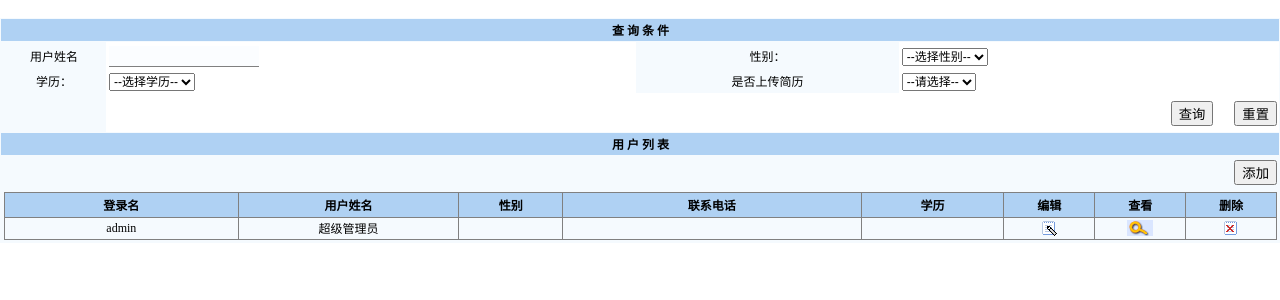
Repository: hermione-20/MyGitProjectRemote
Page: http://localhost/day28_01struts2final/user/list.jsp?userID=15
An editor plug-in stored every save of this project. The page is shown before and after the next save, followed by the edit.
The browser window is 1280 px wide. The pictures show the whole page.
The page is served by Tomcat 9. Other server files are loaded and not shown.

Above is the page before, as saved 2020-05-14 01:24:59.

### day28_01struts2final/WebContent/user/list.jsp
<%@ page language="java" pageEncoding="UTF-8"%>
<%@ taglib uri="/struts-tags" prefix="s" %>
<HTML>
	<HEAD>
		<meta http-equiv="Content-Language" content="zh-cn">
		<meta http-equiv="Content-Type" content="text/html; charset=UTF-8">
		<link href="${pageContext.request.contextPath}/css/Style.css" rel="stylesheet" type="text/css" />
		<script language="javascript" src="${pageContext.request.contextPath}/js/public.js"></script>
		<script type="text/javascript">
			function addUser(){
				window.location.href = "${pageContext.request.contextPath}/user/add.jsp";
			}
		</script>
	</HEAD>
	<body>
		<br>
		<form id="Form1" name="Form1" action="${pageContext.request.contextPath}/user/list.jsp" method="post">
			<table cellSpacing="1" cellPadding="0" width="100%" align="center" bgColor="#f5fafe" border="0">
				<TBODY>
					<tr>
						<td class="ta_01" align="center" bgColor="#afd1f3">
							<strong>查 询 条 件</strong>
						</td>
					</tr>
					<tr>
						<td>
							<table cellpadding="0" cellspacing="0" border="0" width="100%">
								<tr>
									<td height="22" align="center" bgColor="#f5fafe" class="ta_01">
										用户姓名
									</td>
									<td class="ta_01" bgColor="#ffffff">
										<input type="text" name="userName" size="15" value="" id="Form1_userName" class="bg"/>
									</td>
									<td height="22" align="center" bgColor="#f5fafe" class="ta_01">
										性别：
									</td>
									<td class="ta_01" bgColor="#ffffff">

										<select name="sex" id="sex">
										    <option value="">--选择性别--</option>
										    <option value="男">男</option>
										    <option value="女">女</option>


										</select>

									</td>
								</tr>
								<tr>
									<td height="22" align="center" bgColor="#f5fafe" class="ta_01">
										学历：
									</td>
									<td class="ta_01" bgColor="#ffffff">

										<select name="education" id="education">
										    <option value="">--选择学历--</option>
										    <option value="博士">博士</option>
										    <option value="硕士">硕士</option>
										    <option value="研究生">研究生</option>
										    <option value="本科">本科</option>
										    <option value="专科">专科</option>
										    <option value="高中">高中</option>


										</select>

									</td>
									<td height="22" align="center" bgColor="#f5fafe" class="ta_01">
										是否上传简历
									</td>
									<td class="ta_01" bgColor="#ffffff">

										<select name="isUpload" id="isUpload">
										    <option value="">--请选择--</option>
										    <option value="1">有</option>
										    <option value="2">无</option>


										</select>

									</td>
								</tr>
								<tr>
									<td width="100" height="22" align="center" bgColor="#f5fafe"
										class="ta_01">
									</td>
									<td class="ta_01" bgColor="#ffffff">
										<font face="宋体" color="red"> &nbsp;</font>
									</td>
									<td align="right" bgColor="#ffffff" class="ta_01"><br><br></td>
									<td align="right" bgColor="#ffffff" class="ta_01">
										<button type="submit" id="search" name="search" value="&#26597;&#35810;" class="button_view">
&#26597;&#35810;
</button>

										&nbsp;&nbsp;&nbsp;&nbsp;&nbsp;
										<input type="reset" name="reset" value="&#37325;&#32622;" class="button_view"/>

									</td>
								</tr>
							</table>
						</td>

					</tr>
					<tr>
						<td class="ta_01" align="center" bgColor="#afd1f3">
							<strong>用 户 列 表</strong>
						</TD>
					</tr>
					<tr>
						<td class="ta_01" align="right">
							<button type="button" id="add" name="add" value="&#28155;&#21152;" class="button_add" onclick="addUser()">
&#28155;&#21152;
</button>

						</td>
					</tr>
					<tr>
						<td class="ta_01" align="center" bgColor="#f5fafe">
							<table cellspacing="0" cellpadding="1" rules="all"
								bordercolor="gray" border="1" id="DataGrid1"
								style="BORDER-RIGHT: gray 1px solid; BORDER-TOP: gray 1px solid; BORDER-LEFT: gray 1px solid; WIDTH: 100%; WORD-BREAK: break-all; BORDER-BOTTOM: gray 1px solid; BORDER-COLLAPSE: collapse; BACKGROUND-COLOR: #f5fafe; WORD-WRAP: break-word">
								<tr
									style="FONT-WEIGHT: bold; FONT-SIZE: 12pt; HEIGHT: 25px; BACKGROUND-COLOR: #afd1f3">

									<td align="center" width="18%">登录名</td>
									<td align="center" width="17%">用户姓名</td>
									<td align="center" width="8%">性别</td>
									<td align="center" width="23%">联系电话</td>
									<td width="11%" align="center">学历</td>
									<td width="7%" align="center">编辑</td>
									<td width="7%" align="center">查看</td>
									<td width="7%" align="center">删除</td>
								</tr>

										<tr onmouseover="this.style.backgroundColor = 'white'"
											onmouseout="this.style.backgroundColor = '#F5FAFE';">
											<td style="CURSOR: hand; HEIGHT: 22px" align="center"
												width="18%">
												admin
											</td>
											<td style="CURSOR: hand; HEIGHT: 22px" align="center"
												width="17%">
												&#36229;&#32423;&#31649;&#29702;&#21592;
											</td>
											<td style="CURSOR: hand; HEIGHT: 22px" align="center"
												width="8%">

											</td>
											<td style="CURSOR: hand; HEIGHT: 22px" align="center"
												width="23%">

											</td>
											<td style="CURSOR: hand; HEIGHT: 22px" align="center">

											</td>
											<td align="center" style="HEIGHT: 22px">
												<a href="${pageContext.request.contextPath}/user/edit.jsp?userID=15">
													<img src="${pageContext.request.contextPath}/images/i_edit.gif" border="0" style="CURSOR: hand">
												</a>
											</td>
											<td align="center" style="HEIGHT: 22px">
												<a href="${pageContext.request.contextPath}/user/view.jsp?userID=15">
													<img src="${pageContext.request.contextPath}/images/button_view.gif" border="0" style="CURSOR: hand">
												</a>
											</td>
											<td align="center" style="HEIGHT: 22px">
												<a href="${pageContext.request.contextPath}/user/list.jsp?userID=15">
													<img src="${pageContext.request.contextPath}/images/i_del.gif" width="16" height="16" border="0" style="CURSOR: hand">
												</a>
											</td>
										</tr>

							</table>
						</td>
					</tr>
				</TBODY>
			</table>
		</form>
	</body>
</HTML>

### day28_01struts2final/WebContent/css/Style.css
body {
	background-color: #FFFFFF;
	margin-left: 0px;
	margin-top: 0px;
	margin-right: 0px;
	margin-bottom: 0px;
}
td,select  {
	font-size: 12px;
}
A.cl:link {
    font-size:12px;
	color: #000000;
    text-decoration:none;
}
A.cl:visited {
    font-size:12px;
	color: #000000;
    text-decoration:none;
}
A.cl:hover {
    font-size:12px;
	color: #cc0000;
	text-decoration:underline;
}
A.cl_01:link {
    font-size:12px;
	color: #000066;
    text-decoration:none;
}
A.cl_01:visited {
    font-size:12px;
	color: #000066;
    text-decoration:none;
}
A.cl_01:hover {
    font-size:12px;
	color: #0066CC;
	text-decoration:underline;
}
.bt_01 {
	line-height: 155%;
	color: #FFFFFF;
	padding-left: 15px;
	padding-bottom: 10px;
}

.box04 {
	font-size: 12px;
	padding-top: 7px;
	padding-left: 16px;
	background-color: #88A5DF;
	border-top-width: 1px;
	border-right-width: 1px;
	border-bottom-width: 1px;
	border-left-width: 1px;
	border-top-style: solid;
	border-right-style: solid;
	border-bottom-style: solid;
	border-left-style: solid;
	border-top-color: #7798DC;
	border-right-color: #2C416B;
	border-bottom-color: #2C416B;
	border-left-color: #7798DC;
	padding-bottom: 4px;
}
.box01 {
	font-size: 12px;
	color: #000000;
	border-top-width: 1px;
	border-right-width: 1px;
	border-bottom-width: 1px;
	border-left-width: 1px;
	border-right-style: solid;
	border-bottom-style: solid;
	border-left-style: solid;
	border-top-color: #EDF8FF;
	border-right-color: #8099B2;
	border-bottom-color: #8099B2;
	border-left-color: #EDF8FF;
	background-color: #B2CFED;
	padding-top: 7px;
	padding-left: 16px;
	border-top-style: solid;
	padding-bottom: 4px;
}
.box05 {
	font-size: 12px;
	padding-top: 5px;
	padding-left: 30px;
	border-bottom-width: 1px;
	border-bottom-style: solid;
	border-bottom-color: #B2CFED;
	border-right-width: 1px;
	border-right-style: solid;
	border-right-color: #F4F9FF;
	padding-bottom: 3px;
	background-color: #EDF8FF;
}
.box06 {
	font-size: 12px;
	background-color: #EDF6FF;
	padding-top: 5px;
	padding-left: 30px;
	border-bottom-width: 1px;
	border-bottom-style: solid;
	border-bottom-color: #ADAEAD;
	padding-bottom: 3px;

}
.bottom {
	color: #000066;
}
A.cl_02:link {
    font-size:12px;
	color: #CC0000;
    text-decoration:underline;
}
A.cl_02:visited {
    font-size:12px;
	color: #CC0000;
    text-decoration:underline;
}
A.cl_02:hover {
    font-size:12px;
	color: #CC0000;
	text-decoration:none;
}
.top {
	padding-top: 4px;
	padding-bottom: 2px;
	font-weight: bold;
	background-color: #AFD1F3;
	border-top-width: 1px;
	border-right-width: 1px;
	border-bottom-width: 1px;
	border-left-width: 1px;
	border-top-style: solid;
	border-right-style: solid;
	border-bottom-style: solid;
	border-left-style: solid;
	border-top-color: #E3EFFB;
	border-right-color: #7990A8;
	border-bottom-color: #7990A8;
	border-left-color: #E3EFFB;
}
.ta_01 {
	padding-top: 4px;
	padding-bottom: 2px;
	padding-right: 2px;
	padding-left: 3px;
	line-height: 135%;
}

A:link {
    font-size:12px;
	color: #000000;
    text-decoration:none;
}
A:visited {
    font-size:12px;
	color: #000000;
    text-decoration:none;
}
A.eq:hover {
    font-size:12px;
	color: #0066FF;
	text-decoration:underline;
}
A.eq:link {
    font-size:12px;
	color: #000000;
    text-decoration:underline;
}
A.eq:visited {
    font-size:12px;
	color: #000000;
    text-decoration:underline;
}
A.eq:hover {
    font-size:12px;
	color: #0066FF;
	text-decoration:underline;
}
.bg {
	border-top:0px ;
	border-left:0px ;
	border-right:0px ;
	border-bottom: solid 1px gray;
	background-color: #FBFDFF;
	height:21px ;
	width:150px;
}
.button {
	background-color: #DAE6FF;
	margin: 1px;
	padding: 0px 2px 0px 2px;
	border: 1px solid #8AA2CC;
	color: #333333;
	cursor: hand;
	/*
	left: 10px;
	top: 10px;
	right: 0px;
	bottom: 10px;
	clip:  rect(10px 10px 10px 10px);
	*/
	height: 18px;
}
.button_ok {
	background-color: #DAE6FF;
	margin: 1px;
	padding: 2px 4px 2px 10px;
	border: 1px solid #8AA2CC;
	background-attachment: fixed;
	background-image: url(../images/button_ok.gif);
	background-repeat: no-repeat;
	background-position: left center;
	color: #2F3F5B;
	cursor: hand;
	text-align: right;
	left: 10px;
	top: 10px;
	right: 0px;
	bottom: 10px;
	clip:  rect(10px 10px 10px 10px);
	height: 20px;
}
.button_cancel {
	background-color: #DAE6FF;
	margin: 1px;
	padding: 2px 4px 2px 10px;
	border: 1px solid #8AA2CC;
	background-attachment: fixed;
	background-image: url(../images/button_cancel.gif);
	background-repeat: no-repeat;
	background-position: left center;
	color: #2F3F5B;
	cursor: hand;
	text-align: right;
	left: 10px;
	top: 10px;
	right: 0px;
	bottom: 10px;
	clip:  rect(10px 10px 10px 10px);
	height: 20px;
}
.button_help {
	background-color: #DAE6FF;
	margin: 1px;
	padding: 2px 4px 2px 10px;
	border: 1px solid #8AA2CC;
	background-attachment: fixed;
	background-image: url(../images/button_help.gif);
	background-repeat: no-repeat;
	background-position: left center;
	color: #2F3F5B;
	cursor: hand;
	text-align: right;
	left: 10px;
	top: 10px;
	right: 0px;
	bottom: 10px;
	clip:  rect(10px 10px 10px 10px);
	height: 20px;
}
.button_exit {
	background-color: #DAE6FF;
	margin: 1px;
	padding: 2px 4px 2px 10px;
	border: 1px solid #8AA2CC;
	background-attachment: fixed;
	background-image: url(../images/button_search.gif);
	background-repeat: no-repeat;
	background-position: left center;
	color: #2F3F5B;
	cursor: hand;
	text-align: right;
	left: 10px;
	top: 10px;
	right: 0px;
	bottom: 10px;
	clip:  rect(10px 10px 10px 10px);
	height: 20px;
	.button_search {
	background-color: #DAE6FF;
	margin: 1px;
	padding: 2px 4px 2px 10px;
	border: 1px solid #8AA2CC;
	background-attachment: fixed;
	background-image: url(../images/button_exit.gif);
	background-repeat: no-repeat;
	background-position: left center;
	color: #2F3F5B;
	cursor: hand;
	text-align: right;
	left: 10px;
	top: 10px;
	right: 0px;
	bottom: 10px;
	clip:  rect(10px 10px 10px 10px);
	height: 20px;
}
.button_view {
	background-color: #DAE6FF;
	margin: 1px;
	padding: 2px 4px 2px 10px;
	border: 1px solid #8AA2CC;
	background-attachment: fixed;
	background-image: url(../images/button_view.gif);
	background-repeat: no-repeat;
	background-position: left center;
	color: #2F3F5B;
	cursor: hand;
	text-align: right;
	left: 10px;
	top: 10px;
	right: 0px;
	bottom: 10px;
	clip:  rect(10px 10px 10px 10px);
	height: 20px;
}
.button_add {
	background-color: #DAE6FF;
	margin: 1px;
	padding: 2px 4px 2px 10px;
	border: 1px solid #8AA2CC;
	background-attachment: fixed;
	background-image: url(../images/button_add.gif);
	background-repeat: no-repeat;
	background-position: left center;
	color: #2F3F5B;
	cursor: hand;
	text-align: right;
	left: 10px;
	top: 10px;
	right: 0px;
	bottom: 10px;
	clip:  rect(10px 10px 10px 10px);
	height: 20px;
}
.button_del {
	background-color: #DAE6FF;
	margin: 1px;
	padding: 2px 4px 2px 10px;
	border: 1px solid #8AA2CC;
	background-attachment: fixed;
	background-image: url(../images/button_del.gif);
	background-repeat: no-repeat;
	background-position: left center;
	color: #2F3F5B;
	cursor: hand;
	text-align: right;
	left: 10px;
	top: 10px;
	right: 0px;
	bottom: 10px;
	clip:  rect(10px 10px 10px 10px);
	height: 20px;
}
.button_print {
	background-color: #DAE6FF;
	margin: 1px;
	padding: 2px 4px 2px 10px;
	border: 1px solid #8AA2CC;
	background-attachment: fixed;
	background-image: url(../images/button_print.gif);
	background-repeat: no-repeat;
	background-position: left center;
	color: #2F3F5B;
	cursor: hand;
	text-align: right;
	left: 10px;
	top: 10px;
	right: 0px;
	bottom: 10px;
	clip:  rect(10px 10px 10px 10px);
	height: 20px;
}
.button_modi {
	background-color: #DAE6FF;
	margin: 1px;
	padding: 2px 4px 2px 10px;
	border: 1px solid #8AA2CC;
	background-attachment: fixed;
	background-image: url(../images/button_modi.gif);
	background-repeat: no-repeat;
	background-position: left center;
	color: #2F3F5B;
	cursor: hand;
	text-align: right;
	left: 10px;
	top: 10px;
	right: 0px;
	bottom: 10px;
	clip:  rect(10px 10px 10px 10px);
	height: 20px;
}
.button_save {
	background-color: #DAE6FF;
	margin: 1px;
	padding: 2px 4px 2px 10px;
	border: 1px solid #8AA2CC;
	background-attachment: fixed;
	background-image: url(../images/button_save.gif);
	background-repeat: no-repeat;
	background-position: left center;
	color: #2F3F5B;
	cursor: hand;
	text-align: right;
	left: 10px;
	top: 10px;
	right: 0px;
	bottom: 10px;
	clip:  rect(10px 10px 10px 10px);
	height: 20px;
}
.button_alert {
	background-color: #DAE6FF;
	margin: 1px;
	padding: 2px 4px 2px 10px;
	border: 1px solid #8AA2CC;
	background-attachment: fixed;
	background-image: url(../images/button_alert.gif);
	background-repeat: no-repeat;
	background-position: left center;
	color: #2F3F5B;
	cursor: hand;
	text-align: right;
	left: 10px;
	top: 10px;
	right: 0px;
	bottom: 10px;
	clip:  rect(10px 10px 10px 10px);
	height: 20px;
}
.button_clock {
	background-color: #DAE6FF;
	margin: 1px;
	padding: 2px 4px 2px 10px;
	border: 1px solid #8AA2CC;
	background-attachment: fixed;
	background-image: url(../images/button_clock.gif);
	background-repeat: no-repeat;
	background-position: left center;
	color: #2F3F5B;
	cursor: hand;
	text-align: right;
	left: 10px;
	top: 10px;
	right: 0px;
	bottom: 10px;
	clip:  rect(10px 10px 10px 10px);
	height: 20px;
}
.button_close {
	background-color: #DAE6FF;
	margin: 1px;
	padding: 2px 4px 2px 10px;
	border: 1px solid #8AA2CC;
	background-attachment: fixed;
	background-image: url(../images/button_close.gif);
	background-repeat: no-repeat;
	background-position: left center;
	color: #2F3F5B;
	cursor: hand;
	text-align: right;
	left: 10px;
	top: 10px;
	right: 0px;
	bottom: 10px;
	clip:  rect(10px 10px 10px 10px);
	height: 20px;
}
.button_phone01 {
	background-color: #DAE6FF;
	margin: 1px;
	padding: 2px 4px 2px 10px;
	border: 1px solid #8AA2CC;
	background-attachment: fixed;
	background-image: url(../images/button_phone01.gif);
	background-repeat: no-repeat;
	background-position: left center;
	color: #2F3F5B;
	cursor: hand;
	text-align: right;
	left: 10px;
	top: 10px;
	right: 0px;
	bottom: 10px;
	clip:  rect(10px 10px 10px 10px);
	height: 20px;
}
.button_dire {
	background-color: #DAE6FF;
	margin: 1px;
	padding: 2px 4px 2px 10px;
	border: 1px solid #8AA2CC;
	background-attachment: fixed;
	background-image: url(../images/hotel_dire_arrowc.jpg);
	background-repeat: no-repeat;
	background-position: left center;
	color: #2F3F5B;
	cursor: hand;
	text-align: right;
	left: 10px;
	top: 10px;
	right: 0px;
	bottom: 10px;
	clip:  rect(10px 10px 10px 10px);
	height: 20px;
}
.NextLine
{
	word-break:break-all;word-wrap:break-word;
}
.test
{
	BACKGROUND-IMAGE: url(../images/aaa.gif); HEIGHT: 25px;

}
.optionOff
{
	color:#909090;
	background-image:url(../images/optionbgOff.gif);
	background-position:right;
	background-repeat:no-repeat;
	border-left:1px solid #a0a0a0;
	text-align:center;
	width:110px;
	cursor:hand;
}
.optionOn {
	color:#1E6BAE;
	background-image:url(../images/optionbgOn.gif);
	background-position:right;
	background-repeat:no-repeat;
	border-left:1px solid #808080;
	text-align:center;
	font-weight:bold;
	width:110px;
	cursor:hand;
}
.optionOff A,.optionOff A:link,.optionOff A:visited,.optionOff A:hover,.optionOff A:active {
	color:#909090;
	text-decoration:none;
}
.optionOn A,.optionOn A:link,.optionOn A:visited,.optionOn A:hover,.optionOn A:active {
	color:#1E6BAE;
	text-decoration:none;
}
.tbodyhidden {
	display:none;
}
.xscroll {
	overflow-x:auto;
	height:auto;
	SCROLLBAR-FACE-COLOR: #E0F0FC;
	SCROLLBAR-SHADOW-COLOR: #EAF5FD;
	SCROLLBAR-3DLIGHT-COLOR: #808080;
	SCROLLBAR-ARROW-COLOR: #808080;
	SCROLLBAR-DARKSHADOW-COLOR:#808080;
	buttonface: #666666;
}
.xscrollhidden {
	overflow-x:auto;
	display:none;
	SCROLLBAR-FACE-COLOR: #E0F0FC;
	SCROLLBAR-SHADOW-COLOR: #EAF5FD;
	SCROLLBAR-3DLIGHT-COLOR: #808080;
	SCROLLBAR-ARROW-COLOR: #808080;
	SCROLLBAR-DARKSHADOW-COLOR:#808080;
	buttonface: #666666;
}
.sep1 {
	padding:0px;
	background-color:#AFD1F3;
}
.grouptitle {
	background-color:#E0F0FC;
	color: #5580D7;
}
.bodyscroll {
	SCROLLBAR-FACE-COLOR: #f6f6f6;
	SCROLLBAR-SHADOW-COLOR: #8099B2;
	SCROLLBAR-3DLIGHT-COLOR: #8099B2;
	SCROLLBAR-ARROW-COLOR: #8099B2;
	SCROLLBAR-DARKSHADOW-COLOR:#cccccc;
	buttonface: #f6f6f6;
}

Loaded but not shown: day28_01struts2final/WebContent/js/public.js (common file)

After the next save:
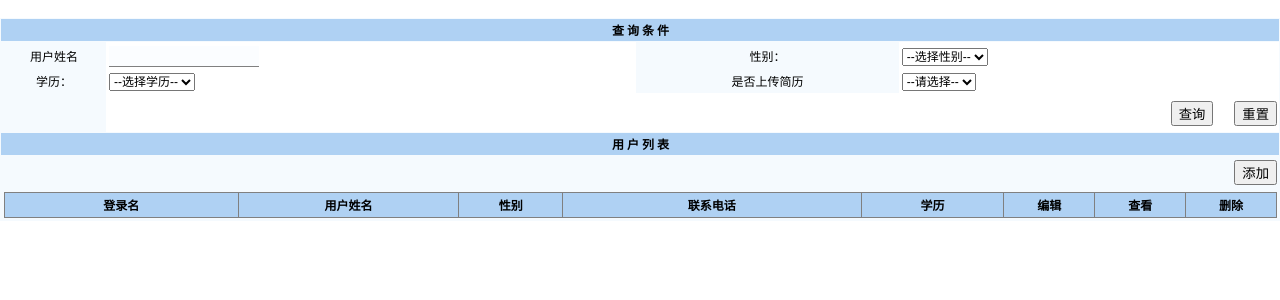
Saved 4 min 0 s later.
--- a/day28_01struts2final/WebContent/user/list.jsp
+++ b/day28_01struts2final/WebContent/user/list.jsp
@@ -133,7 +133,7 @@
 									<td width="7%" align="center">查看</td>
 									<td width="7%" align="center">删除</td>
 								</tr>
-
+								<s:iterator value="users">
 										<tr onmouseover="this.style.backgroundColor = 'white'"
 											onmouseout="this.style.backgroundColor = '#F5FAFE';">
 											<td style="CURSOR: hand; HEIGHT: 22px" align="center"
@@ -171,7 +171,7 @@
 												</a>
 											</td>
 										</tr>
-
+										</s:iterator>
 							</table>
 						</td>
 					</tr>
